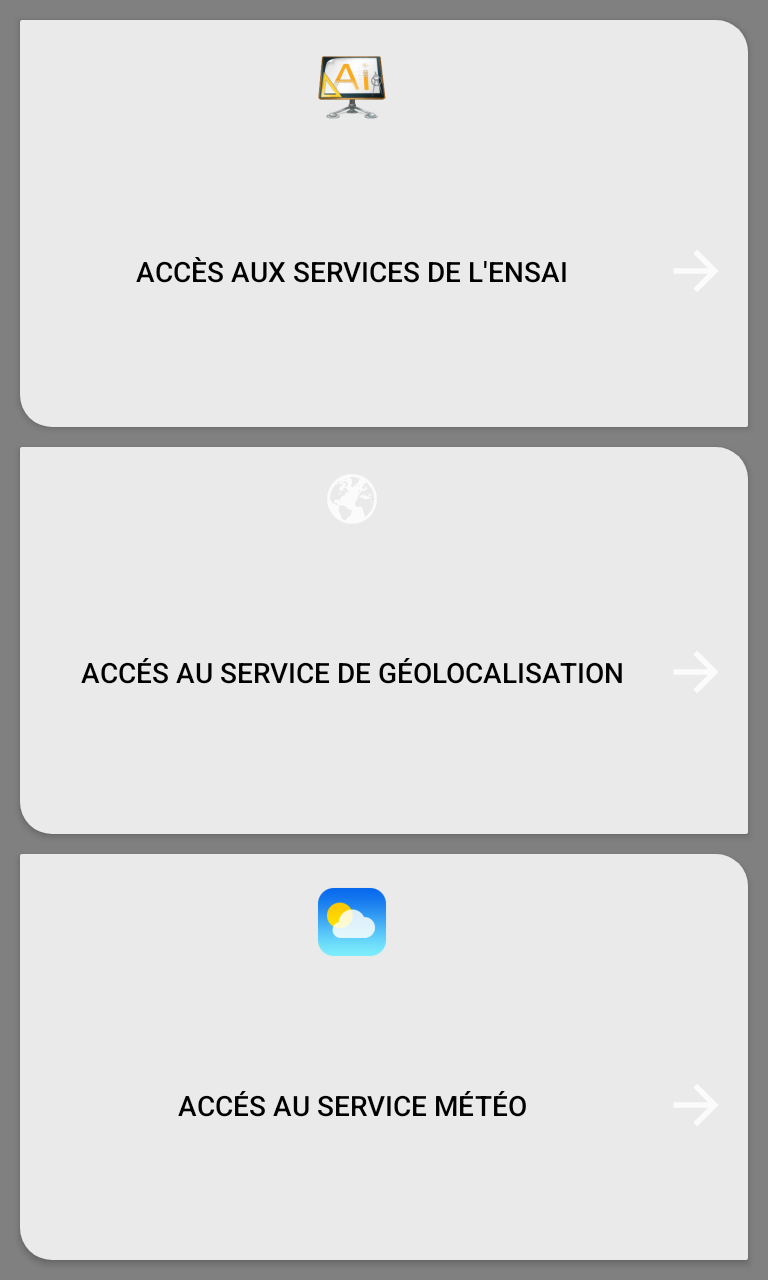
Repository: cpluuuusplus/WhoWantsKitKat
Layout: AppliPlus/res/layout/activity_menu_principal.xml
These files come from the project's save history. The layout is drawn as it stood at one moment and after the next save; the edit follows.
It is drawn on a 768 x 1280 px phone screen (xhdpi) without system bars, with theme Theme.AppCompat.Light; the app's code is not run.

Above is the layout before, as saved 2014-05-12 15:48:12.

After the next save:
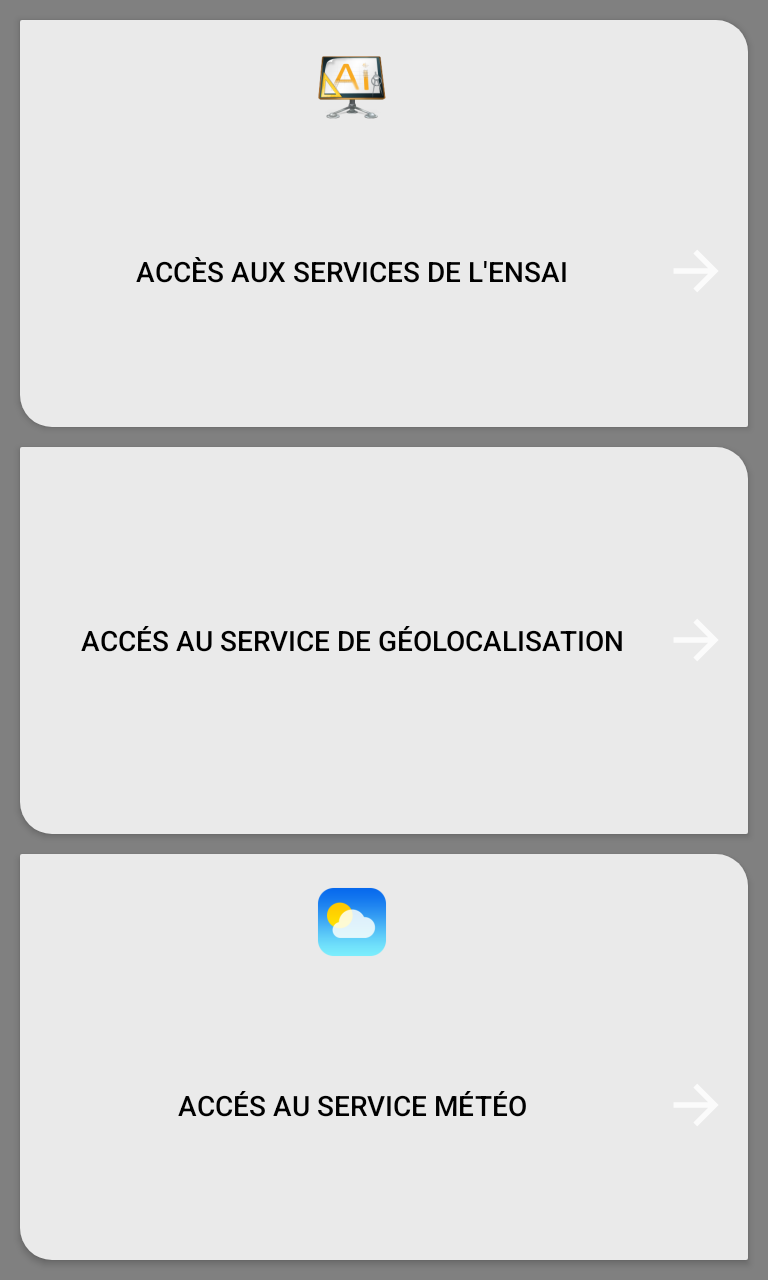
Saved 3 min 14 s later.
--- a/AppliPlus/res/layout/activity_menu_principal.xml
+++ b/AppliPlus/res/layout/activity_menu_principal.xml
@@ -28,7 +28,7 @@
         android:layout_weight="1"
         android:background="@drawable/button_shape"
         android:drawableRight="@drawable/ic_action_forward"
-        android:drawableTop="@drawable/ic_action_web_site"
+        android:drawableTop="@drawable/"
         android:onClick="geolocalisation"
         android:text="@string/geo"
         android:textColor="@color/black_color" />
